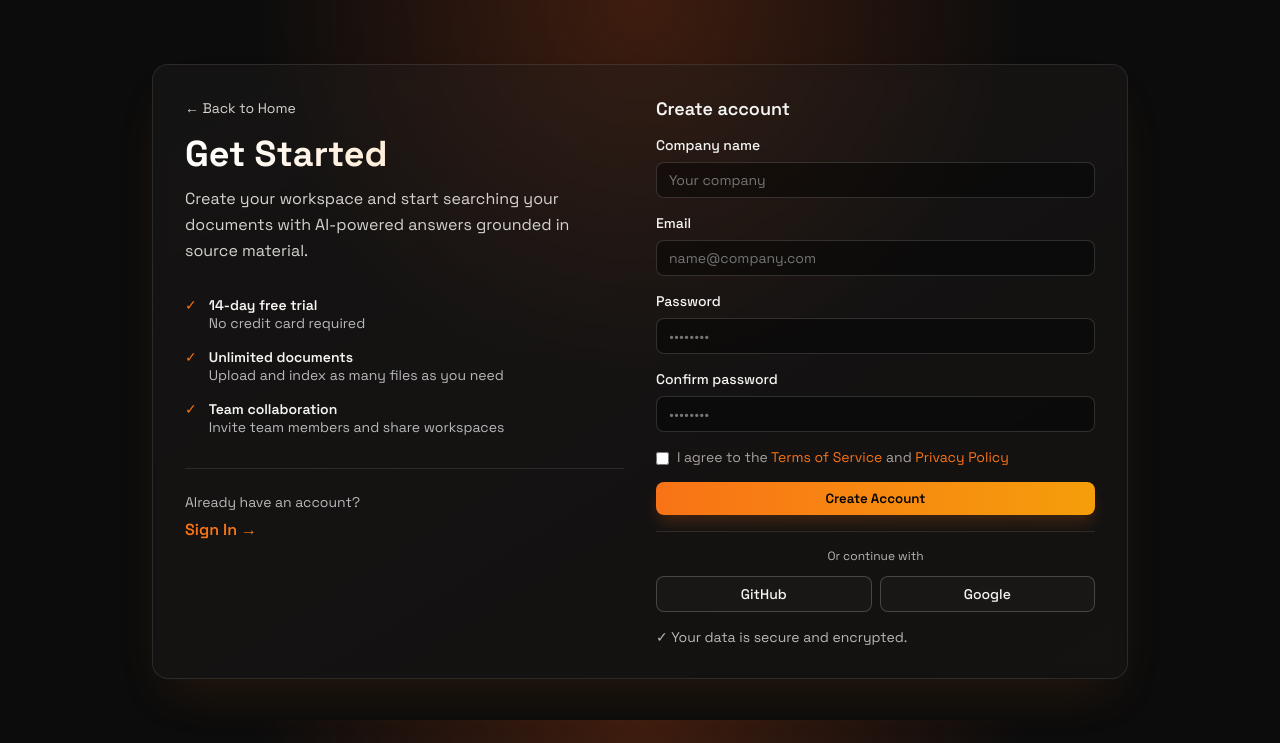
Repository: 4hmedshanu/RAG_Project_collage
Page: http://localhost/signup
These files come from the project's save history. The page is drawn as it stood at one moment and after the next save; the edit follows.
The browser window is 1280 px wide. The pictures show the whole page.
Backgrounds fixed to the window are drawn as part of the page. The page is this project's Thymeleaf template; nobody is signed in. The template is opened directly, without the code that normally fills it, so the values that code supplies are empty.

Above is the page before, as saved 2026-05-31 09:55:32.

After the next save:
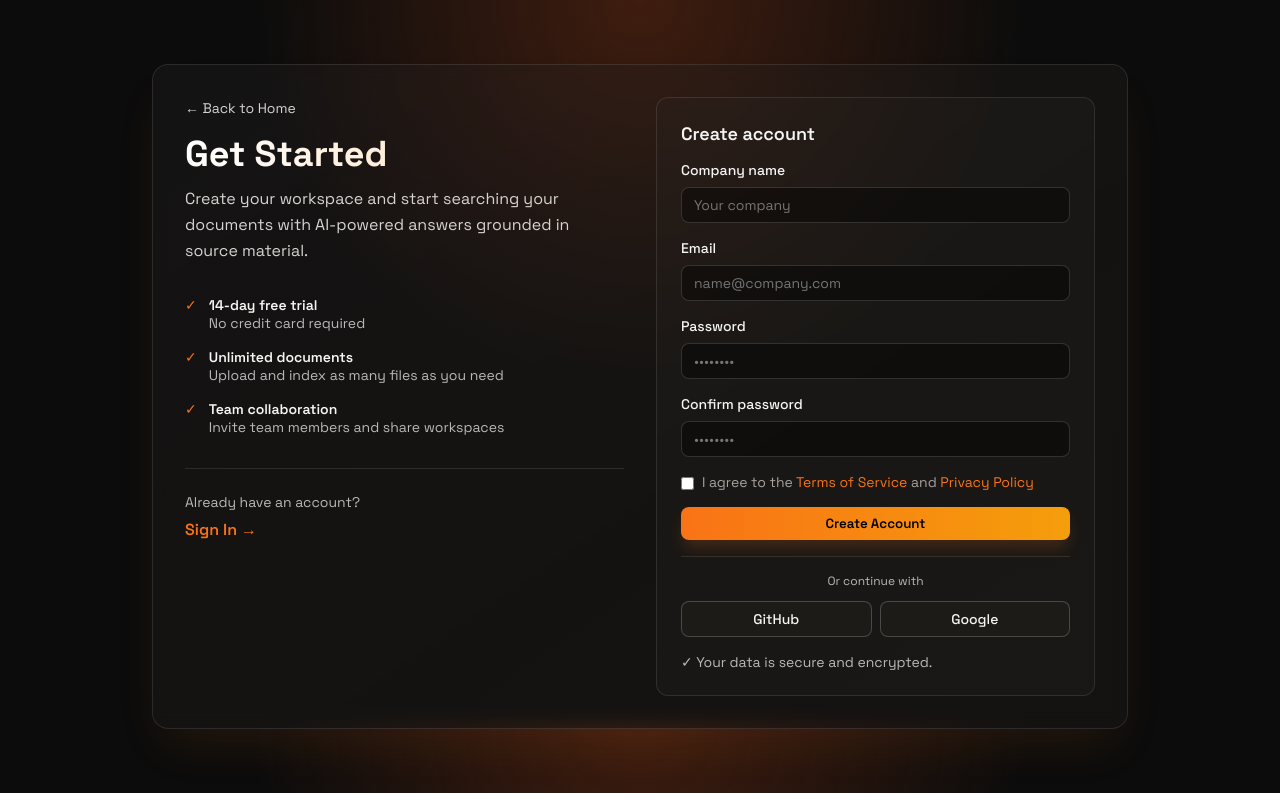
Saved 111 s later.
--- a/frontenddoc/src/main/resources/templates/signup.html
+++ b/frontenddoc/src/main/resources/templates/signup.html
@@ -48,8 +48,8 @@
         </div>
       </div>
 
-      <!-- <form onsubmit="signupDemo(event)" class="signup-form"> -->
-     <form action="/submit" method="get">
+
+     <form action="/submit" method="get" onsubmit="signupDemo(event)" class="signup-form">
         <h2 class="form-title">Create account</h2>
 
         <label for="company" class="form-label mt-4">Company name</label>

After the save that followed:
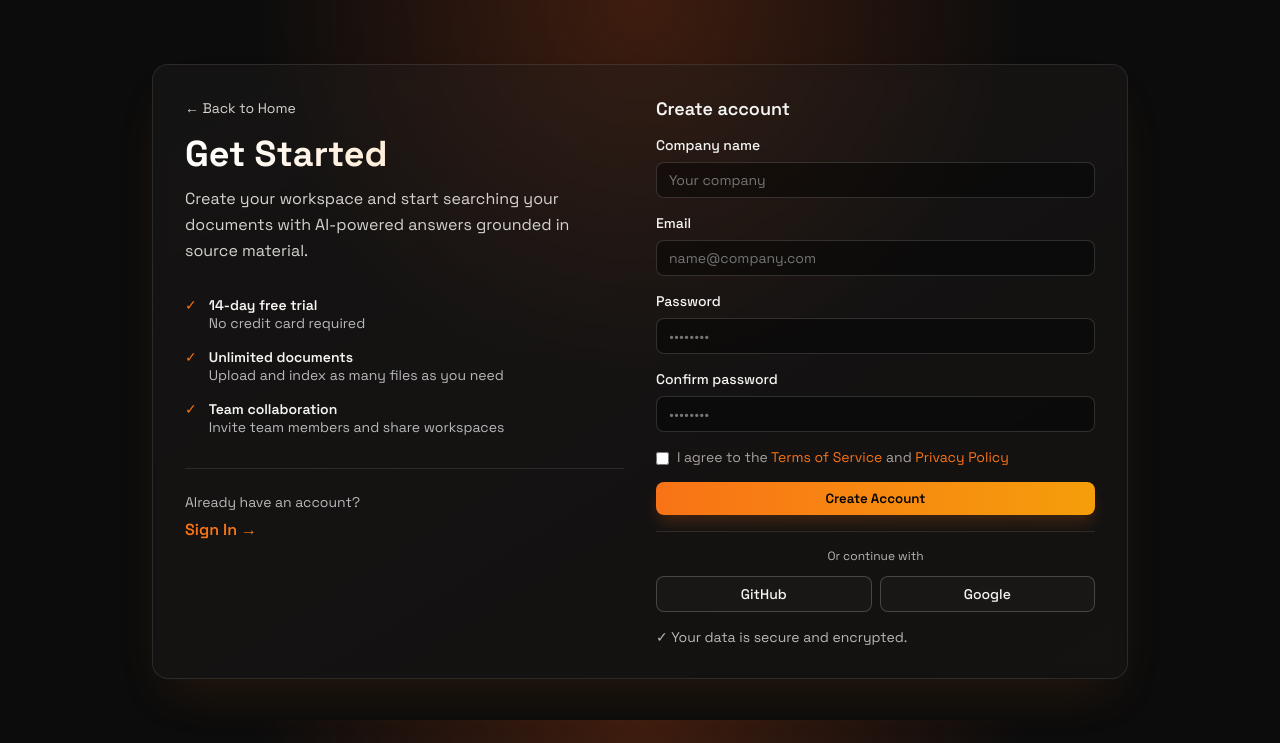
Saved 12 min 0 s later.
--- a/frontenddoc/src/main/resources/templates/signup.html
+++ b/frontenddoc/src/main/resources/templates/signup.html
@@ -48,8 +48,8 @@
         </div>
       </div>
 
-
-     <form action="/submit" method="get" onsubmit="signupDemo(event)" class="signup-form">
+   <!--  onsubmit="signupDemo(event)" class="signup-form" -->
+     <form action="/submit" method="get" >
         <h2 class="form-title">Create account</h2>
 
         <label for="company" class="form-label mt-4">Company name</label>
